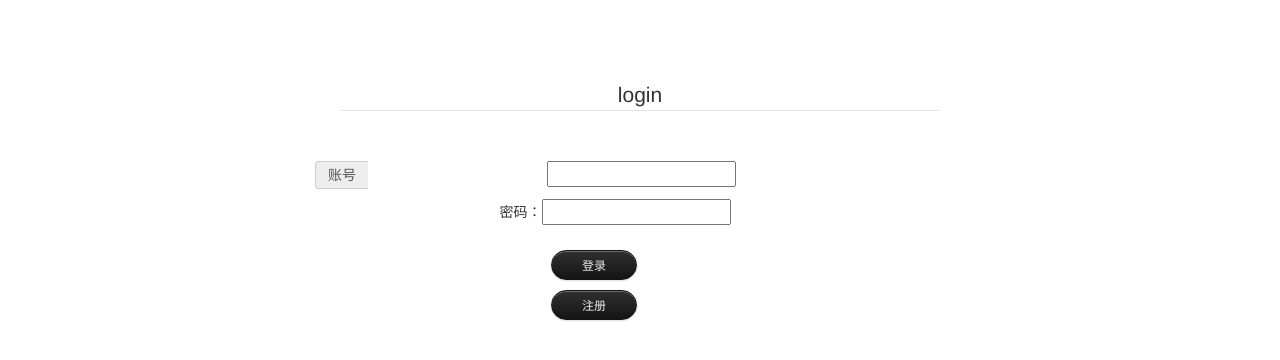
Repository: silzx/learning
Page: http://localhost/MyBatis/
These files come from the project's save history. The page is drawn as it stood at one moment and after the next save; the edit follows.
The browser window is 1280 px wide. The pictures show the whole page.
The page is served by Tomcat 9. Other server files are loaded and not shown.

Above is the page before, as saved 2017-11-13 02:25:15.
Console error (its wording comes from the project's code and is left out).

### MyBatis/WebContent/index.jsp
<%@page import="java.net.URLDecoder"%>
<%@ page language="java" import="java.util.*" pageEncoding="UTF-8"%>
<%
String path = request.getContextPath();
String basePath = request.getScheme()+"://"+request.getServerName()+":"+request.getServerPort()+path+"/";
%>

<!DOCTYPE HTML PUBLIC "-//W3C//DTD HTML 4.01 Transitional//EN">
<html>
  <head>
    <base href="<%=basePath%>">
    <link rel="stylesheet" type="text/css" href="bootstrap-3.3.7-dist/css/bootstrap.min.css">
    <link rel="stylesheet" type="text/css" href="buttons/buttons.css">
    <title>My JSP 'index.jsp' starting page</title>
	<meta http-equiv="pragma" content="no-cache">
	<meta http-equiv="cache-control" content="no-cache">
	<meta http-equiv="expires" content="0">
	<meta http-equiv="keywords" content="keyword1,keyword2,keyword3">
	<meta http-equiv="description" content="This is my page">
	<!--
	<link rel="stylesheet" type="text/css" href="styles.css">
	-->
	<style type="text/css">
		button[name='login']{position: fixed;right: 643px;top: 250px}
		button[name='reg']{position: fixed;right: 643px;top: 290px}
		#reset{position: relative;right: 25px}
		#pad{position: relative;right: 25px;}
	</style>
  </head>
  <script type="text/javascript">
  function reset(){
		document.getElementById("error").style.visibility="hidden";
		$("input[name='name']").val("");
		$("input[name='pwd']").val("");
	}
  </script>
   	<%
   		String name="";
   		String pwd="";
   		Cookie[] cs=request.getCookies();
  		if(cs!=null){
  			for(Cookie c:cs){
  					if("nameC".equals(c.getName())){
  	  					name=c.getValue();
  	  					name=URLDecoder.decode(name, "utf-8");
  	  				}
  	  				if("pwdC".equals(c.getName())){
  	  					pwd=c.getValue();
  	  				}
  			}
  		}String errorinfo="";
  		if(session.getAttribute("error")!=null){%>
<!--   			errorinfo=(String)session.getAttribute("error"); -->
			<script type="text/javascript">
				function display(){
					document.getElementById("error").style.visibility="visible";
				}
				window.onload=display;
			</script>
  		<%}
   		%>
  <body>
  <script type="text/javascript" src="jquery1.8/jquery-1.8.0.min.js"></script>
  <script src="bootstrap-3.3.7-dist/js/bootstrap.min.js"></script>
		<center>
		<br><br><br><br>
		<fieldset style="width: 600px"><legend>login</legend>
				<form action="<%=basePath%>UserAction/userLogin.action" method="post">
				<span style="color: red; visibility: hidden;" id="error" >账号或者密码错误</span><p>
				<div id="reset" class="input-group">
					<span class="input-group-addon">账号</span>
					<input type="text" name="u.name" value="<%=name %>">
				</div>
				<p/>
				<div id="pad" class="input-group">密码：<input type="password" name="u.pwd"><p><br/></div>
				<button class="button button-raised button-pill button-inverse button-small" name="login" type="submit">登录</button>
				<button class="button button-raised button-pill button-inverse button-small" name="reg" onclick="window.location.href='reg.jsp'">注册</button>
				</form>
		</fieldset>
	</center>
	<%
  		session.removeAttribute("error");
  	%>
  </body>
</html>

Loaded but not shown: MyBatis/WebContent/bootstrap-3.3.7-dist/css/bootstrap.min.css (library); MyBatis/WebContent/jquery1.8/jquery-1.8.0.min.js (library); MyBatis/WebContent/bootstrap-3.3.7-dist/js/bootstrap.min.js (library); MyBatis/WebContent/buttons/buttons.css (1492 lines, source omitted)

After the next save:
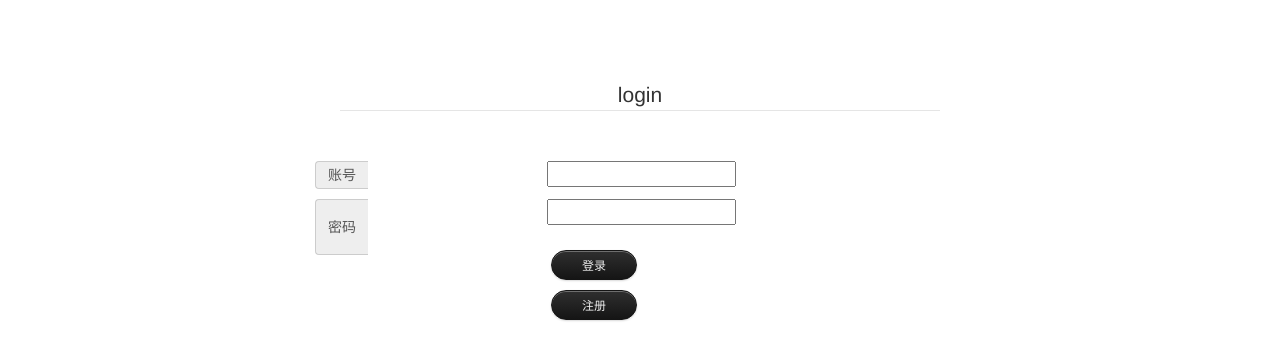
Saved 22 s later.
--- a/MyBatis/WebContent/index.jsp
+++ b/MyBatis/WebContent/index.jsp
@@ -72,7 +72,10 @@ String basePath = request.getScheme()+"://"+request.getServerName()+":"+request.
 					<input type="text" name="u.name" value="<%=name %>">
 				</div>
 				<p/>
-				<div id="pad" class="input-group">密码：<input type="password" name="u.pwd"><p><br/></div>
+				<div id="pad" class="input-group">
+					<span class="input-group-addon">密码</span>
+					<input type="password" name="u.pwd"><p><br/>
+				</div>
 				<button class="button button-raised button-pill button-inverse button-small" name="login" type="submit">登录</button>
 				<button class="button button-raised button-pill button-inverse button-small" name="reg" onclick="window.location.href='reg.jsp'">注册</button>
 				</form>
